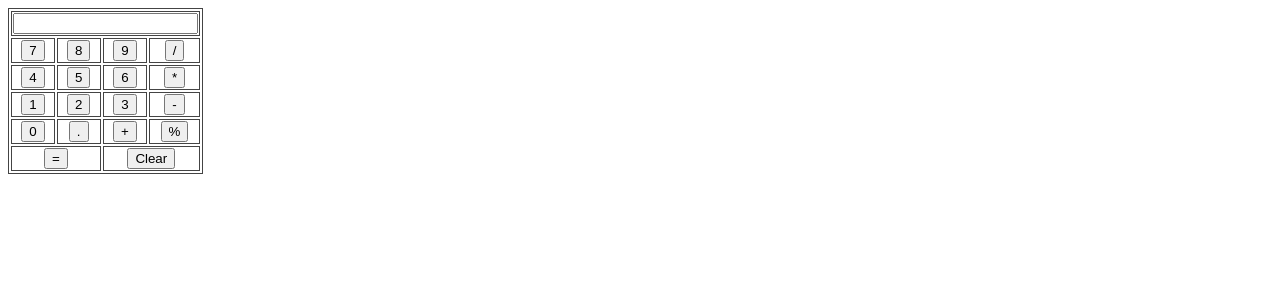
Repository: dhfkdlxm/Lecture-Web
Page: Lecture-Web/WebContent/html/exam/calc.html
An editor plug-in stored every save of this project. The page is shown before and after the next save, followed by the edit.
The browser window is 1280 px wide. The pictures show the whole page.

Above is the page before, as saved 2021-06-11 01:37:21.

### Lecture-Web/WebContent/html/exam/calc.html
<!DOCTYPE html>
<html>
<head>
<meta charset="UTF-8">
<title>Insert title here</title>
<style type="text/css">
table {
	border: 1px solid #444444;
}

th, td {
	border: 1px solid #444444;
	text-align: center
}

#cal-end {
	width: 100%;
}
</style>


</head>
<body>
	<table>
		<thead id="cal-h">
			<tr>
				<td colspan="4"><input type="text"></td>
			</tr>
		</thead>
		<tbody id="cal-b">
			<tr>
				<td><input type="button" value="7" /></td>
				<td><input type="button" value="8" /></td>
				<td><input type="button" value="9" /></td>
				<td><input type="button" value="/" /></td>
			</tr>
			<tr>
				<td><input type="button" value="4" /></td>
				<td><input type="button" value="5" /></td>
				<td><input type="button" value="6" /></td>
				<td><input type="button" value="*" /></td>
			</tr>
			<tr>
				<td><input type="button" value="1" /></td>
				<td><input type="button" value="2" /></td>
				<td><input type="button" value="3" /></td>
				<td><input type="button" value="-" /></td>
			</tr>
			<tr>
				<td><input type="button" value="0" /></td>
				<td><input type="button" value="." /></td>
				<td><input type="button" value="+" /></td>
				<td><input type="button" value="%" /></td>
			</tr>
			<tr id="cal-end">
				<td colspan="2"><input type="button" value="=" /></td>
				<td colspan="2"><input type="button" value="Clear" /></td>
			</tr>


		</tbody>

	</table>
</body>
</html>

After the next save:
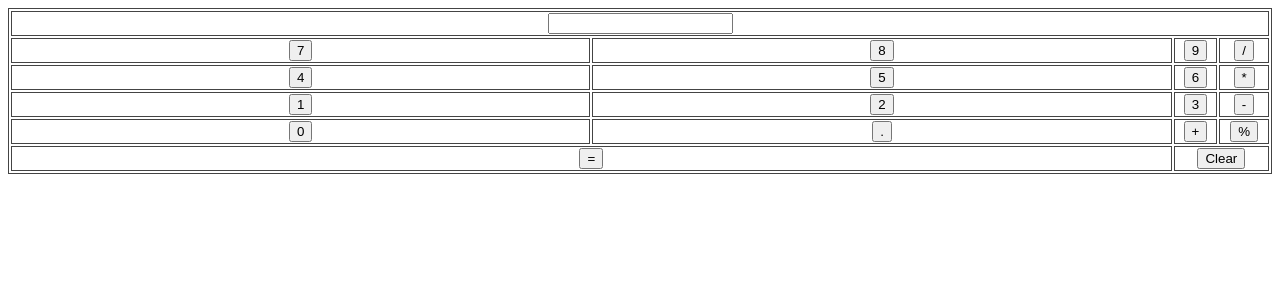
Saved 28 s later.
--- a/Lecture-Web/WebContent/html/exam/calc.html
+++ b/Lecture-Web/WebContent/html/exam/calc.html
@@ -13,7 +13,7 @@
 	text-align: center
 }
 
-#cal-end {
+#cal-end td {
 	width: 100%;
 }
 </style>

After the save that followed:
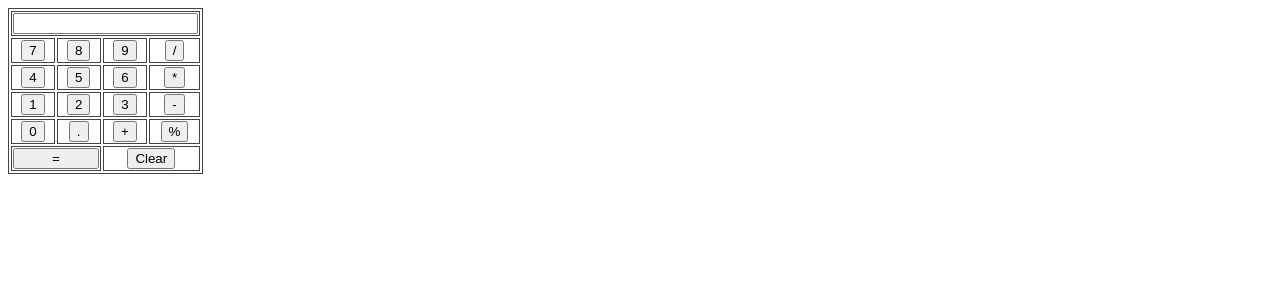
Saved 13 s later.
--- a/Lecture-Web/WebContent/html/exam/calc.html
+++ b/Lecture-Web/WebContent/html/exam/calc.html
@@ -13,8 +13,8 @@
 	text-align: center
 }
 
-#cal-end td {
-	width: 100%;
+#cal-equal {
+	width:100%;
 }
 </style>
 
@@ -52,9 +52,9 @@
 				<td><input type="button" value="+" /></td>
 				<td><input type="button" value="%" /></td>
 			</tr>
-			<tr id="cal-end">
-				<td colspan="2"><input type="button" value="=" /></td>
-				<td colspan="2"><input type="button" value="Clear" /></td>
+			<tr>
+				<td colspan="2"><input type="button" value="=" id="cal-equal" /></td>
+				<td colspan="2"><input type="button" value="Clear" 	id="cal-clear" /></td>
 			</tr>
 
 
